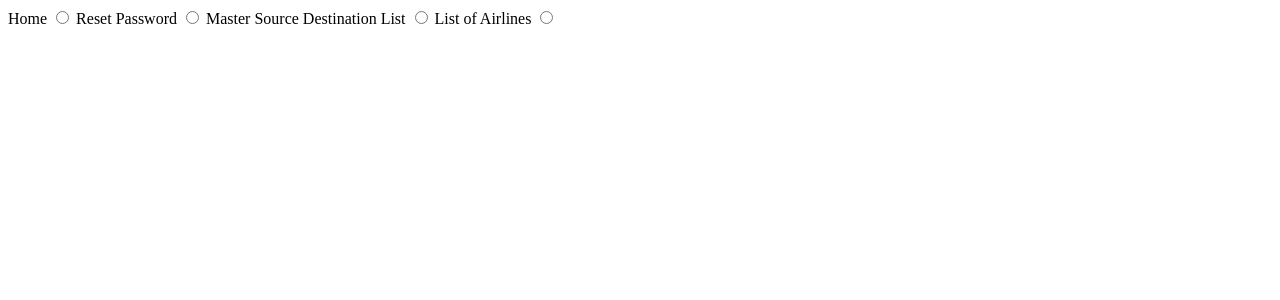
Repository: Shivani2392/FlyAwayProject
Page: http://localhost/FlightBookingPortal/WelcomeAdmin.jsp
These files come from the project's save history. The page is drawn as it stood at one moment and after a run of saves; the edit follows.
The browser window is 1280 px wide. The pictures show the whole page.
The page is served by Tomcat 9. Other server files are loaded and not shown.

Above is the page before, as saved 2020-11-22 10:47:50.

### FlightBookingPortal/src/main/webapp/WelcomeAdmin.jsp
<%@ page language="java" contentType="text/html; charset=ISO-8859-1"
    pageEncoding="ISO-8859-1"%>
<!DOCTYPE html>
<html>
<head>
<meta charset="ISO-8859-1">
<style>
.vertical-menu {
  width: 200px;
}

.menu a {
  background-color: #eee;
  color: black;
  display: block;
  padding: 12px;
  text-decoration: none;
}

.menu a:hover {
  background-color: #ccc;
}

.menu a.active {
  background-color: #4CAF50;
  color: white;
}
</style>
<title>AdminHome</title>
</head>
<body>

<!--  <div class="Menu">
  <a href="#" class="active">Home</a>
  <a href="ResetPassword.jsp">ResetPassword</a>
  <br>
  <a href="MasterSourceDestinationlist.jsp">Available Source and Destination List</a>
  <br>
  <a href="MasterlistofAirlines.jsp">Master List of Airlines</a>
  <br>
  <a href="MasterListofFlights.jsp">Master List of Flights</a>
</div> -->

   <form action="" method="post">

	      <label>Home</label>
          <input type = "radio"
                 name = "admin"
                 id = "home" />
          <label>Reset Password</label>
          <input type = "radio"
                 name = "admin"
                 id = "reset" />
          <label>Master Source Destination List</label>
          <input type = "radio"
                 name = "admin"
                 id = "master" />
          <label>List of Airlines</label>
          <input type = "radio"
                 name = "admin"
                 id = "airline" />
   </form>





</body>
</html>

After the next 2 saves:
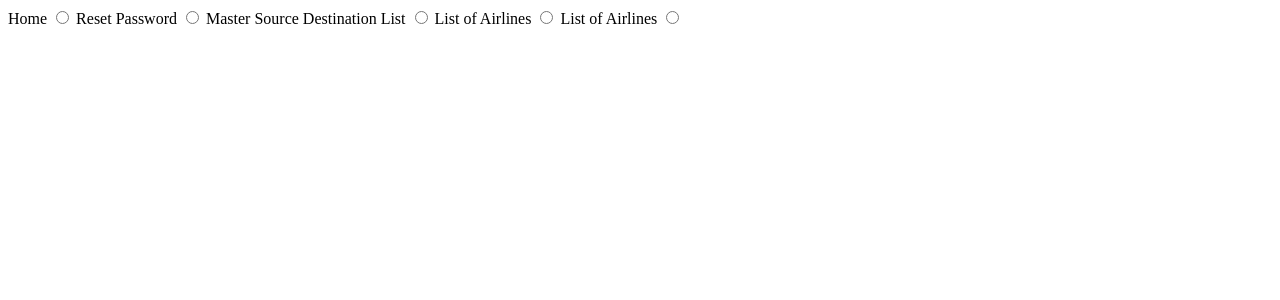
The 2 saves are shown as one change because they came seconds apart.
The last was saved 22 s later.
--- a/FlightBookingPortal/src/main/webapp/WelcomeAdmin.jsp
+++ b/FlightBookingPortal/src/main/webapp/WelcomeAdmin.jsp
@@ -59,6 +59,10 @@
           <input type = "radio"
                  name = "admin"
                  id = "airline" />
+          <label>List of Airlines</label>
+          <input type = "radio"
+                 name = "admin"
+                 id = "airline" />
    </form>
 
 
